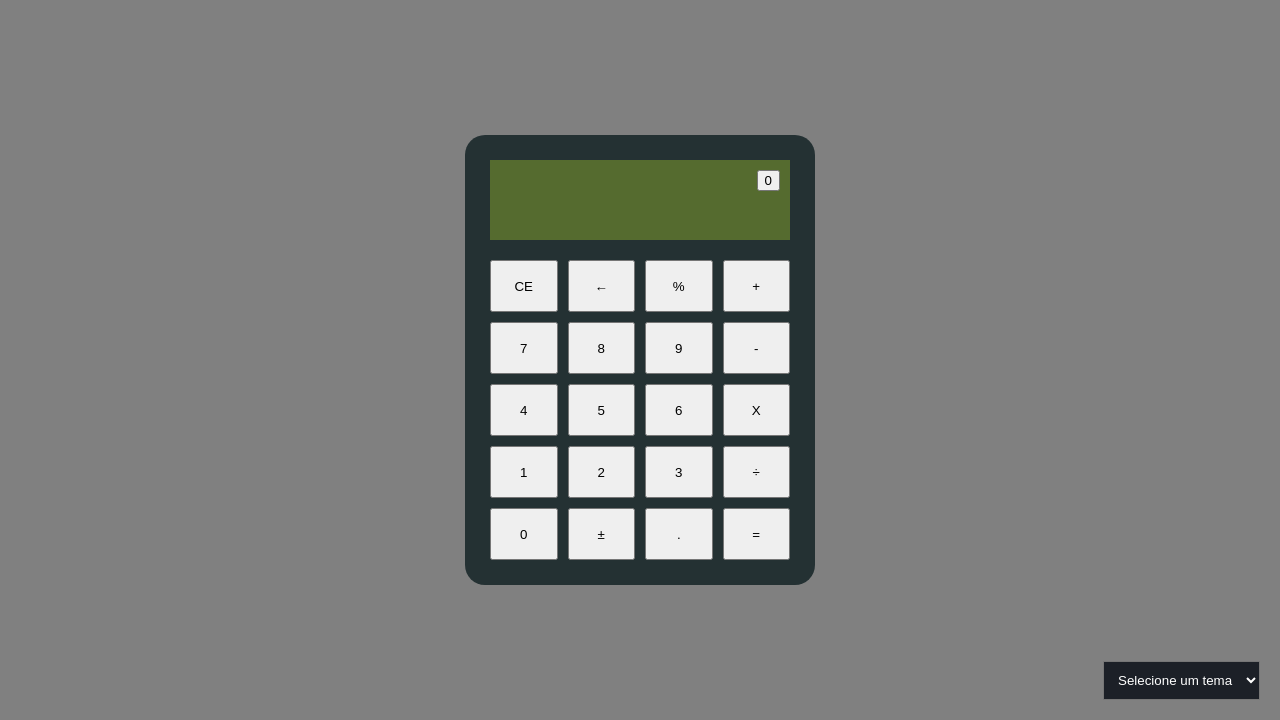
Repository: thislucasme/changing-theme-color-html-css-js
Page: index.html
An editor plug-in stored every save of this project. The page is shown before and after the next save, followed by the edit.
The browser window is 1280 px wide. The pictures show the whole page.

Above is the page before, as saved 2022-06-29 16:03:34.

### index.html
<!DOCTYPE html>
<html lang="pt_BR">

<head>
    <meta charset="UTF-8">
    <meta http-equiv="X-UA-Compatible" content="IE=edge">
    <meta name="viewport" content="width=device-width, initial-scale=1.0">
    <title>Atividade 22 - Calculadora Javascript</title>
    <link href="css/estilo.css" rel="stylesheet"/>
</head>

<body>
    <div class="calculadora">
        <div class="painel">
            <div class="operacao"></div>
            <div class="resultado"></div>
            <button id="resultado" name="resultado">0</button>
        </div>

        <div class="botoes">
            <button class="botao" id="apagar" onclick="limpar(0)">CE</button>
            <button class="botao" id="apagar" onclick="apagarUltimo()">&#8592;</button>
            <button class="botao" id="porcentagem" onclick="porcentagem()">%</button>
            <button class="botao" id="soma" onclick="verificarSinal('+')">+</button>
            <button class="botao" id="sete" onclick="pegarNumero(7)">7</button>
            <button class="botao" id="oito" onclick="pegarNumero(8)">8</button>
            <button class="botao" id="nove" onclick="pegarNumero(9)">9</button>
            <button class="botao" id="subtrair" onclick="verificarSinal('-')">-</button>
            <button class="botao" id="quatro" onclick="pegarNumero(4)">4</button>
            <button class="botao" id="cinco" onclick="pegarNumero(5)">5</button>
            <button class="botao" id="seis" onclick="pegarNumero(6)">6</button>
            <button class="botao" id="multiplicar" onclick="verificarSinal('x')">X</button>
            <button class="botao" id="um" onclick="pegarNumero(1)">1</button>
            <button class="botao" id="dois" onclick="pegarNumero(2)">2</button>
            <button class="botao" id="3" onclick="pegarNumero(3)">3</button>
            <button class="botao" id="dividir" onclick="verificarSinal('/')">&#247;</button>
            <button class="botao" id="0" onclick="pegarNumero(0)">0</button>
            <button class="botao" id="mais/menos" onclick="mudarSinal()">&#177;</button>
            <button class="botao" id="virgula" onclick="colocarPonto()">.</button>
            <button class="botao" id="igual" onclick="darResultado()">=</button>
        </div>
    </div>
    <select name="tema" id="tema" >
        <option value="t">Selecione um tema</option>
        <option value="tema-1">Tema 1</option>
        <option value="tema-2">Tema 2</option>
        <option value="tema-3">Tema 3</option>
        <option value="tema-4">Tema 4</option>
        <option value="tema-5">Tema 5</option>
    </select>
</body>

<script src="js/script.js" ></script>

</html>

### css/estilo.css
body {
    background-color: grey;
}

html {
    margin: 0;
    padding: 0;
    height: 100vh;
    display: flex;
    justify-content: center;
    align-items: center;
}

.theme-light {
    --color-primary: #0060df;
    --color-secondary: #fbfbfe;
    --color-accent: #fd6f53;
    --font-color: #000000;
}

.theme-dark {
    --color-primary: #17ed90;
    --color-secondary: #243133;
    --color-accent: #12cdea;
    --font-color: #ffffff;
}

.calculadora {
    width: 300px;
    height: 400px;
    background-color: var(--color-secondary);
    border-radius: 20px;
    padding: 25px;
    display: flex;
    flex-direction: column;

}




.painel {
    height: 80px;
    width: 100%;
    background-color: darkolivegreen;
    margin-bottom: 20px;
    font-family: 'LCDMono2 Bold', monospace;
    color: rgba(0, 0, 0, 0.6);
    text-shadow: 4px 4px 3px rgb(0 0 0 / 30%);
    padding: 10px;
    box-sizing: border-box;
    text-align: right;
}

.painel .operacao {
    font-size: 1.5rem;
}

.painel .resultado {
    font-size: 2.5rem;
}

.botoes {
    display: grid;
    grid-template-columns: repeat(4, 1fr);
    grid-template-rows: repeat(5, 1fr);
    gap: 10px;
    flex: 1;
}

.botoes a {
    background-color: #666;
    text-decoration: none;
    color: black;
    text-align: center;
    font-size: 1.5em;
    display: flex;
    justify-content: center;
    align-items: center;
}

.btn-igual {
    grid-row-start: 4;
    grid-row-end: 6;
    grid-column-start: 4;
}

.btn-c {
    grid-column-start: 1;
    grid-column-end: 3;
}

.btn-0 {
    grid-column-start: 1;
    grid-column-end: 3;
}

#tema {
    background-color: rgb(28, 32, 39);
    color: white;
    padding: 10px;
    position: fixed;
    bottom: 20px;
    right: 20px;
}

#tema>option:hover {
    box-shadow: 0 0 10px 100px #a86218 inset;

}

.tema-1 {
    background-color: grey;
}

.tema-1 .botoes a {
    background-color: aquamarine;
    box-shadow: #666;
}

.tema-2 {
    background-color: red;
}

.tema-3 {
    background-color: azul;
}

.tema-4 {
    background-color: aquamarine;
}

@font-face {
    font-family: 'LCDMono2 Bold';
    font-style: normal;
    font-weight: normal;
    src: local('LCDMono2 Bold'), url('../fonts/LCDM2B__.woff') format('woff');
}

### js/script.js
const nmrTela = document.getElementById("resultado")
var valoresEspaco = '';
var valores = []
window.addEventListener("keydown", teclado);



function pegarNumero(numero) {
    if (nmrTela.innerHTML == "0") {
        nmrTela.innerHTML = numero
    }
    else {
        nmrTela.innerHTML += `${numero}`
    }
}

function verificarSinal(sinal) {
    if (valores.length <= 1) {
        valoresEspaco = nmrTela.innerHTML.split(' ')
        valores.push(parseFloat(nmrTela.innerHTML))
        nmrTela.innerHTML += ` ${sinal} `
        valores.push(sinal)
    }
}

function porcentagem() {
    var caracteres = nmrTela.innerHTML.split(' ')
    console.log(caracteres.length, caracteres)
    if (caracteres.length == 3) {
        var valorPorCento = parseFloat(caracteres[2]) / 100
        var caracteresValor2 = caracteres[2].split('')
        if (caracteresValor2.length != 0) {
            if (caracteresValor2[caracteresValor2.length - 1] != "%") {
                nmrTela.innerHTML += '%'
            }
            valores.push(valorPorCento)
        }
    }
}

function colocarPonto() {
    var caracteresDaConta = []
    var caracteresValor1 = []
    var caracteresValor2 = []
    caracteresDaConta.push(nmrTela.innerHTML.trim().split(' '))//separa entre valor 1, operação e valor2
    caracteresValor1.push(caracteresDaConta[0][0].split(''))//separa cada caractere do valor 1

    if (caracteresDaConta[0].length == 3) {
        caracteresValor2.push(caracteresDaConta[0][2].split(''))//se exister 3 posições, separa cada caractere do valor 2
        verificarSeExistePonto(caracteresValor2)
    }

    verificarSeExistePonto(caracteresValor1)

    function verificarSeExistePonto(caracteresValor) {
        for (let i in caracteresValor[0]) {
            if (caracteresValor[0][i] == '.') {
                var acumuladora = '.'
            }
        }

        if (!(acumuladora == '.')) {
            nmrTela.innerHTML += '.'
        }
    }
}

function mudarSinal() {
    const caracteresDaConta = nmrTela.innerHTML.trim().split(' ')
    let caracteresValor1 = caracteresDaConta[0].split('')
    let valor1 = ''
    let valor2 = ''

    if (caracteresDaConta.length == 3) {
        var caracteresValor2 = caracteresDaConta[2].split('')

        if (caracteresValor2[0] == '-') {
            caracteresValor2.shift()
            imprimirValor(caracteresValor2, valor2, caracteresDaConta)
        }
        else {
            caracteresValor2.unshift('-')
            imprimirValor(caracteresValor2, valor2, caracteresDaConta);
        }
    }

    if (valores.length == 0) {
        if (caracteresValor1[0] == "-") {
            caracteresValor1.shift()
            imprimirValor(caracteresValor1, valor1)
        }
        else {
            caracteresValor1.unshift('-')
            imprimirValor(caracteresValor1, valor1)
        }
    }

    function imprimirValor(caracteresValor, valorNumero, caracteresConta) {
        caracteresValor.forEach(valor => {
            valorNumero += valor;
        })
        if (caracteresConta != undefined) {
            nmrTela.innerHTML = `${caracteresConta[0]} ${caracteresConta[1]} ${valorNumero}`
        }
        else {
            nmrTela.innerHTML = valorNumero
        }
    }
}

function darResultado() {
    var resultado = 0
    var operacao = valores[1]
    if (operacao == '-') {
        tratarResultado('-')
    }
    else if (operacao == '+') {
        tratarResultado('+')
    }
    else if (operacao == 'x') {
        tratarResultado('*')
    }
    else if (operacao == '/') {
        tratarResultado('/')
    }
    valores.splice(0, 3)

    function tratarResultado(operacao) {
        valoresEspaco = nmrTela.innerHTML.split(' ')
        valores.push(valoresEspaco[2])
        switch (operacao) {
            case '-':
                resultado = parseFloat(valores[0]) - parseFloat(valores[2])
                limpar(resultado)
                break;
            case '+':
                resultado = parseFloat(valores[0]) + parseFloat(valores[2])
                limpar(resultado)
                break;
            case '*':
                resultado = parseFloat(valores[0]) * parseFloat(valores[2])
                limpar(resultado)
                break;
            case '/':
                resultado = parseFloat(valores[0]) / parseFloat(valores[2])
                limpar(resultado)
                break;
        }
    }
}

function limpar(valor) {
    valores.splice(0, 3)
    nmrTela.innerHTML = valor
}

function apagarUltimo() {
    var caracteres = nmrTela.innerHTML.trim().split('')
    var arrayCaracteresTela = ""
    caracteres.pop()
    for (let i in caracteres) { arrayCaracteresTela += caracteres[i] }
    if ((arrayCaracteresTela == []) || (arrayCaracteresTela == '-')) {
        nmrTela.innerHTML = 0
    }
    else {
        nmrTela.innerHTML = arrayCaracteresTela
    }

    if (caracteres.length == 0) {
        valores.pop()
        valores.pop()
    }
}

function teclado() {
    const numbers = '0123456789'
    const operadores = '+-/x'
    var tecla = event.key
    if (numbers.includes(tecla)) {
        pegarNumero(tecla)
    }
    else if (operadores.includes(tecla)) {
        verificarSinal(tecla)
    }
    else switch (tecla) {
        case '*':
            verificarSinal('x')
            break;
        case '%':
            porcentagem()
            break;
        case '.':
        case ',':
            colocarPonto();
            break;
        case '=':
        case 'Enter':
            darResultado();
            break;
        case 'Backspace':
            apagarUltimo()
            break;
        case 'Escape':
            limpar(0);
            break;
    }
}

const options = document.getElementById("tema");

options.addEventListener("change", function () {
    if (options.value) {
        if (options.value === "tema-1") {
            console.log("tema 1")
        }
        if (options.value === "tema-2") {
            document.getElementsByClassName("calculadora-dois").classList.remove("calculadora-dois");
            document.getElementsByClassName("calculadora-dois").classList.add("calculadora");
        }
        if (options.value === "tema-3") {
            console.log("tema 3")
        }
        if (options.value === "tema-4") {
            console.log("tema 4")
        }
    }
});
function setTheme(themeName) {
    // localStorage.setItem('theme', themeName);
    document.documentElement.className = themeName;
}
setTheme('theme-dark');

After the next save:
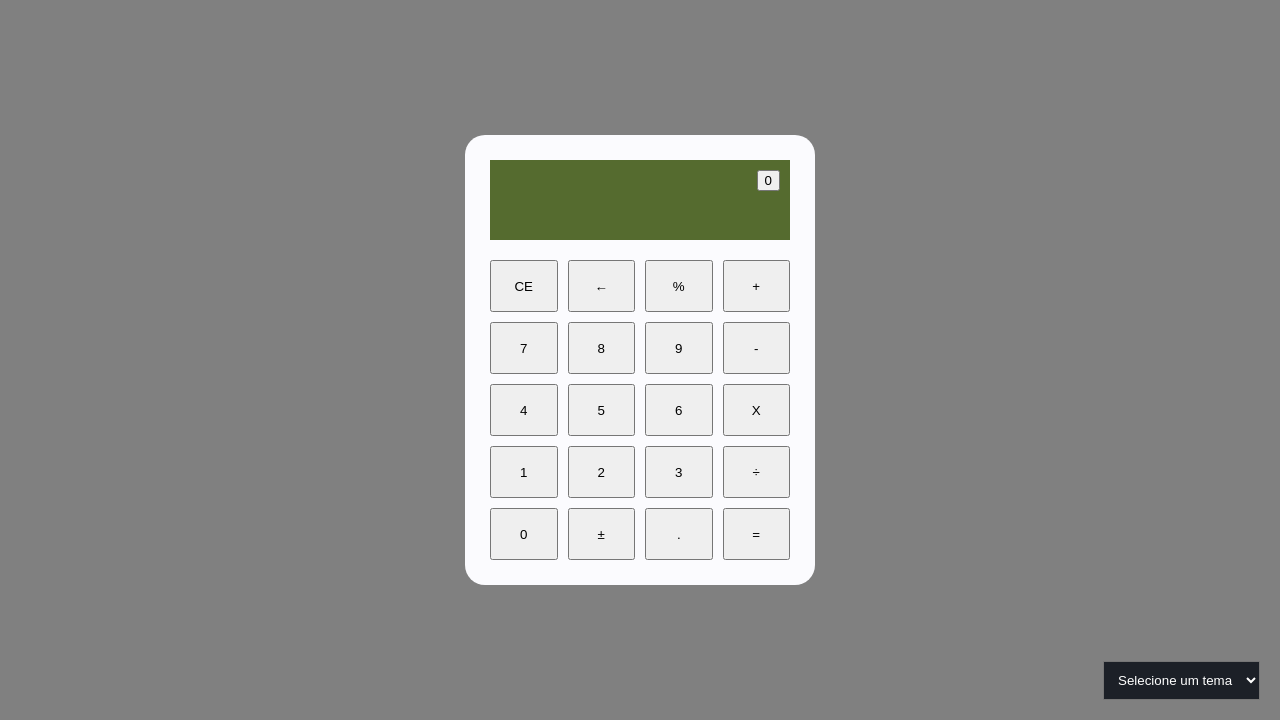
Saved 24 s later.
--- a/js/script.js
+++ b/js/script.js
@@ -229,4 +229,4 @@ function setTheme(themeName) {
     // localStorage.setItem('theme', themeName);
     document.documentElement.className = themeName;
 }
-setTheme('theme-dark');
+setTheme('theme-light');
